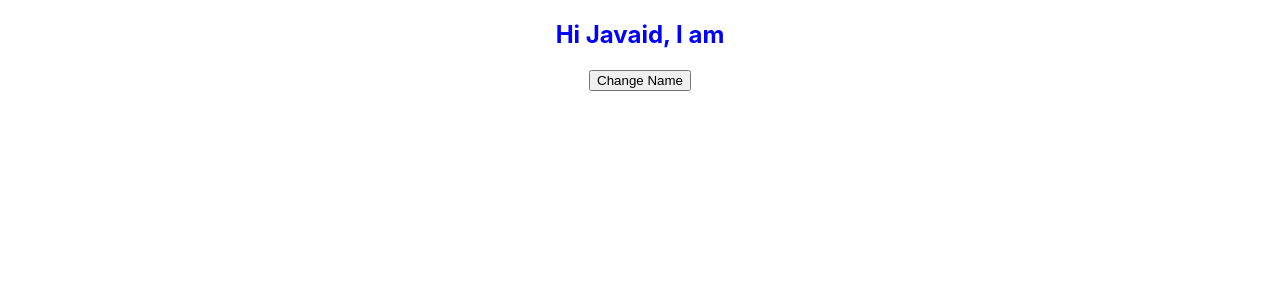
Repository: JavaidAhmadKhan/robo-friends-2.0
Page: /
An editor plug-in stored every save of this project. The page is shown before and after a run of saves, followed by the edit.
The browser window is 1280 px wide. The pictures show the whole page.
The project was rebuilt for these pictures with package versions that can differ from the ones it lists, and the page was loaded fresh each time.

Above is the page before, as saved 2022-04-19 23:13:38.

### public/index.html
<!DOCTYPE html>
<html lang="en">
  <head>
    <meta charset="utf-8" />
    <link rel="icon" href="%PUBLIC_URL%/favicon.ico" />
    <meta name="viewport" content="width=device-width, initial-scale=1" />
    <meta name="theme-color" content="#000000" />
    <meta
      name="description"
      content="Web site created using create-react-app"
    />
    <link rel="apple-touch-icon" href="%PUBLIC_URL%/logo192.png" />
    <!--
      manifest.json provides metadata used when your web app is installed on a
      user's mobile device or desktop. See https://developers.google.com/web/fundamentals/web-app-manifest/
    -->
    <link rel="manifest" href="%PUBLIC_URL%/manifest.json" />
    <!--
      Notice the use of %PUBLIC_URL% in the tags above.
      It will be replaced with the URL of the `public` folder during the build.
      Only files inside the `public` folder can be referenced from the HTML.

      Unlike "/favicon.ico" or "favicon.ico", "%PUBLIC_URL%/favicon.ico" will
      work correctly both with client-side routing and a non-root public URL.
      Learn how to configure a non-root public URL by running `npm run build`.
    -->
    <title>Robo Friends 2.0</title>
  </head>
  <body>
    <noscript>You need to enable JavaScript to run this app.</noscript>
    <div id="root"></div>
    <!--
      This HTML file is a template.
      If you open it directly in the browser, you will see an empty page.

      You can add webfonts, meta tags, or analytics to this file.
      The build step will place the bundled scripts into the <body> tag.

      To begin the development, run `npm start` or `yarn start`.
      To create a production bundle, use `npm run build` or `yarn build`.
    -->
  </body>
</html>

### src/App.js
import { Component } from "react";
import "./App.css";

class App extends Component {
  constructor() {
    super();

    this.state = {
      name: "Javaid",
      profession: "Software Engineer",
    };
  }

  render() {
    return (
      <div className="App">
        <h2>
          Hi {this.state.name}, I am {this.setState.profession}
        </h2>
        <button onClick={() => this.setState({ name: "Khan" })}>
          Change Name
        </button>
      </div>
    );
  }
}

export default App;

### src/App.css
.App {
  text-align: center;
}

h2 {
  color: blue;
}

h3 {
  color: green;
}

Loaded but not shown: src/index.js (common file); src/index.css (common file); src/reportWebVitals.js (common file)

After the next 2 saves:
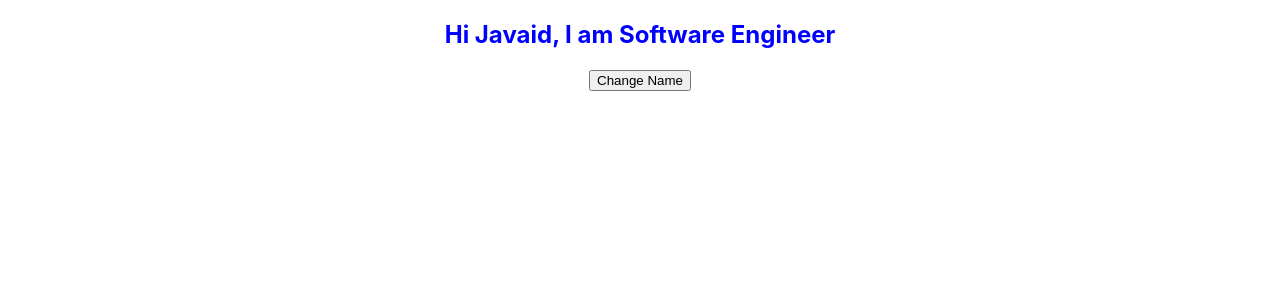
The 2 saves are shown as one change because they came seconds apart.
The last was saved 5 s later.
--- a/src/App.js
+++ b/src/App.js
@@ -15,7 +15,7 @@ class App extends Component {
     return (
       <div className="App">
         <h2>
-          Hi {this.state.name}, I am {this.setState.profession}
+          Hi {this.state.name}, I am {this.state.profession}
         </h2>
         <button onClick={() => this.setState({ name: "Khan" })}>
           Change Name
